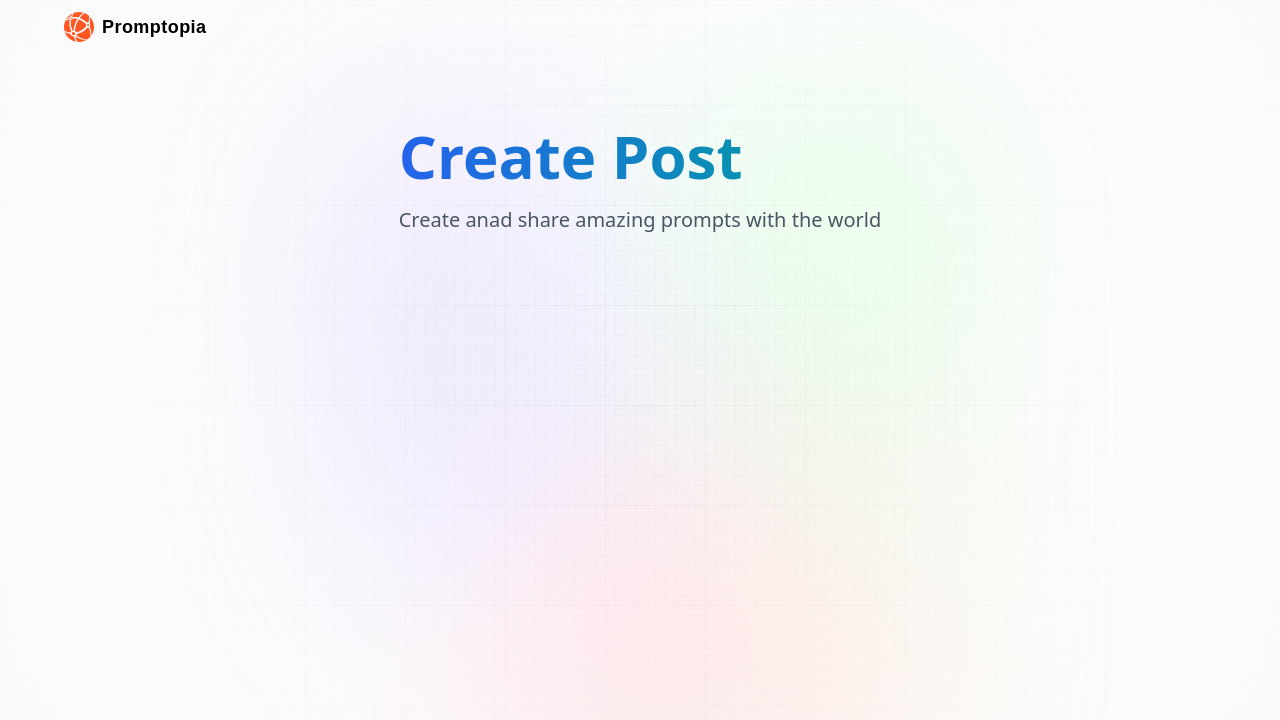
Repository: shraddesh123/promptAI
Page: /create-prompt
The author's editor kept a copy of each file at every save. The page is drawn from the files as they stood at one save, then again after the next save.
The browser window is 1280 px wide. The pictures show the whole page.
The page's requests for data from a server got no answer. The project was rebuilt for these pictures with package versions that can differ from the ones it lists, and the page was loaded fresh each time. The framework's server and built-in components were replaced by stand-ins that run in the browser. No one was signed in, and anything a server would have sent is missing. Also part of the build but not shown: next.config.mjs.

Above is the page before, as saved 2024-08-02 18:15:40.

After the next save:
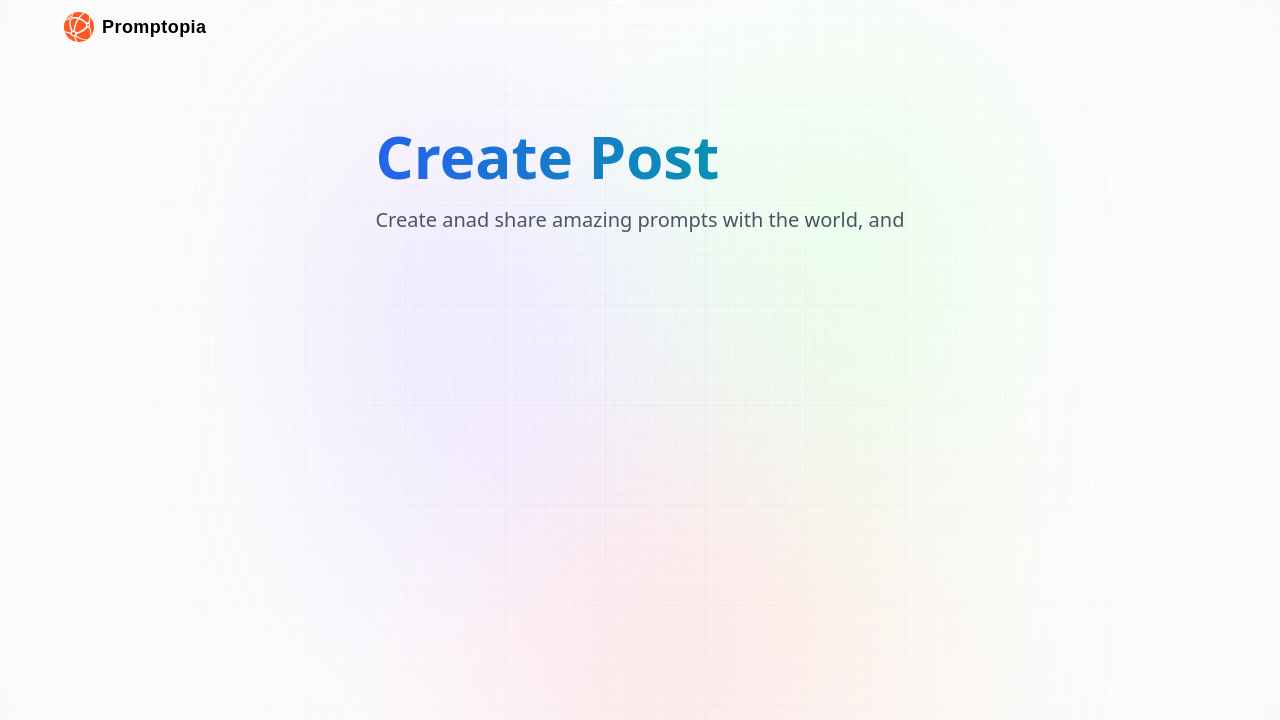
Saved 4 s later.
--- a/components/Form.jsx
+++ b/components/Form.jsx
@@ -5,7 +5,7 @@ const Form = ({ type, post, setPost, Submitting, handleSubmit }) => {
     <section className="w-full max-w-full flex-start flex-col">
       <h1 className="head_text text-left"> <span className="blue_gradient">{type} Post</span></h1>
       <p className="desc text-left max-w-md">
-          {type} anad share amazing prompts with the world
+          {type} anad share amazing prompts with the world, and
       </p>
     </section>
   )
